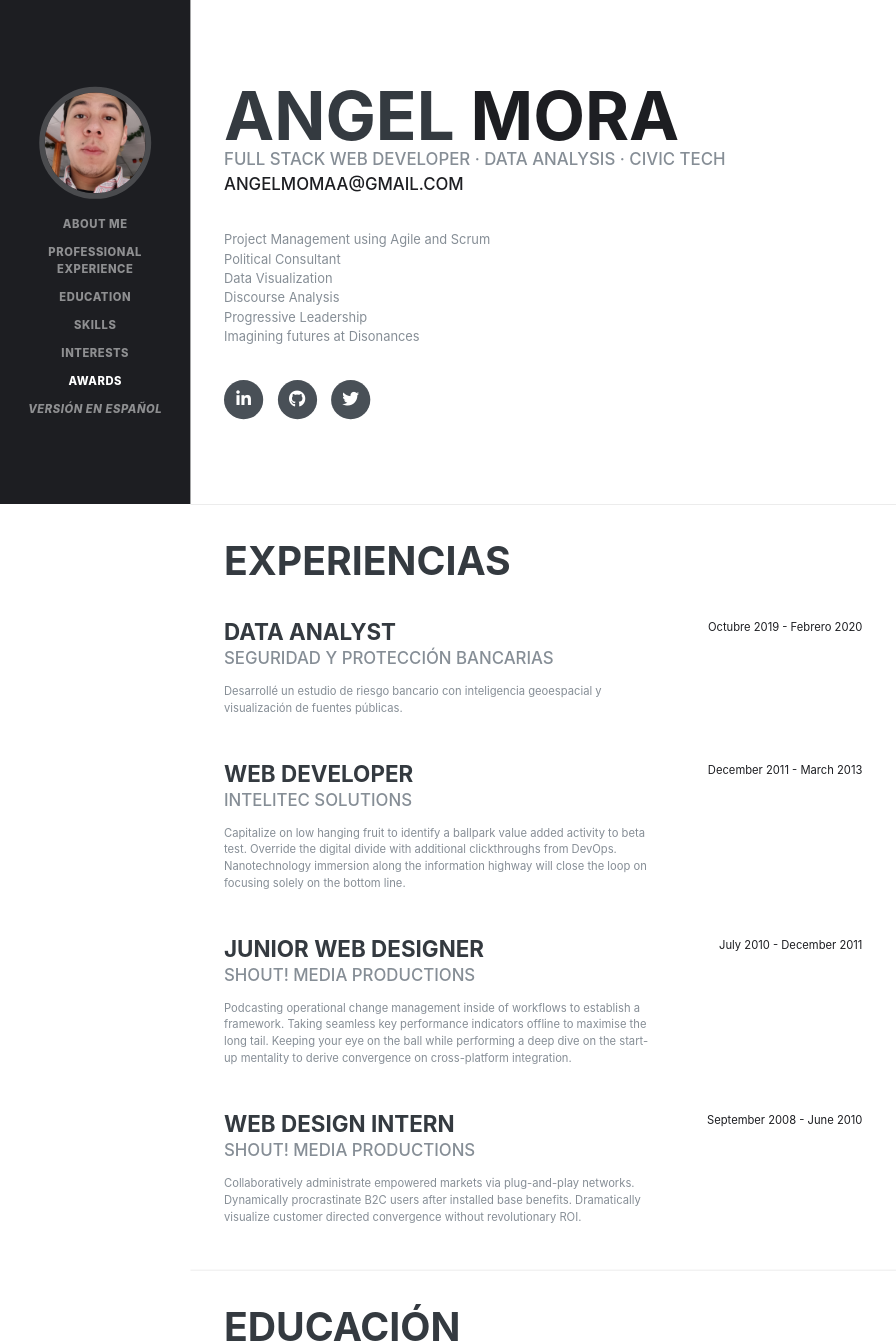
Repository: angel-mora/about-me
Page: en-index.html
The author's editor kept a copy of each file at every save. The page is drawn from the files as they stood at one save, then again after the next save.
The browser window is 1280 px wide. The pictures show the part of the page from y = 0 to 1920 px (the page is 4779 px tall), at 70% of full size.
Some web fonts or font styles are not loaded; a fallback is used.

Above is the page before, as saved 2020-06-29 22:29:41.

After the next save:
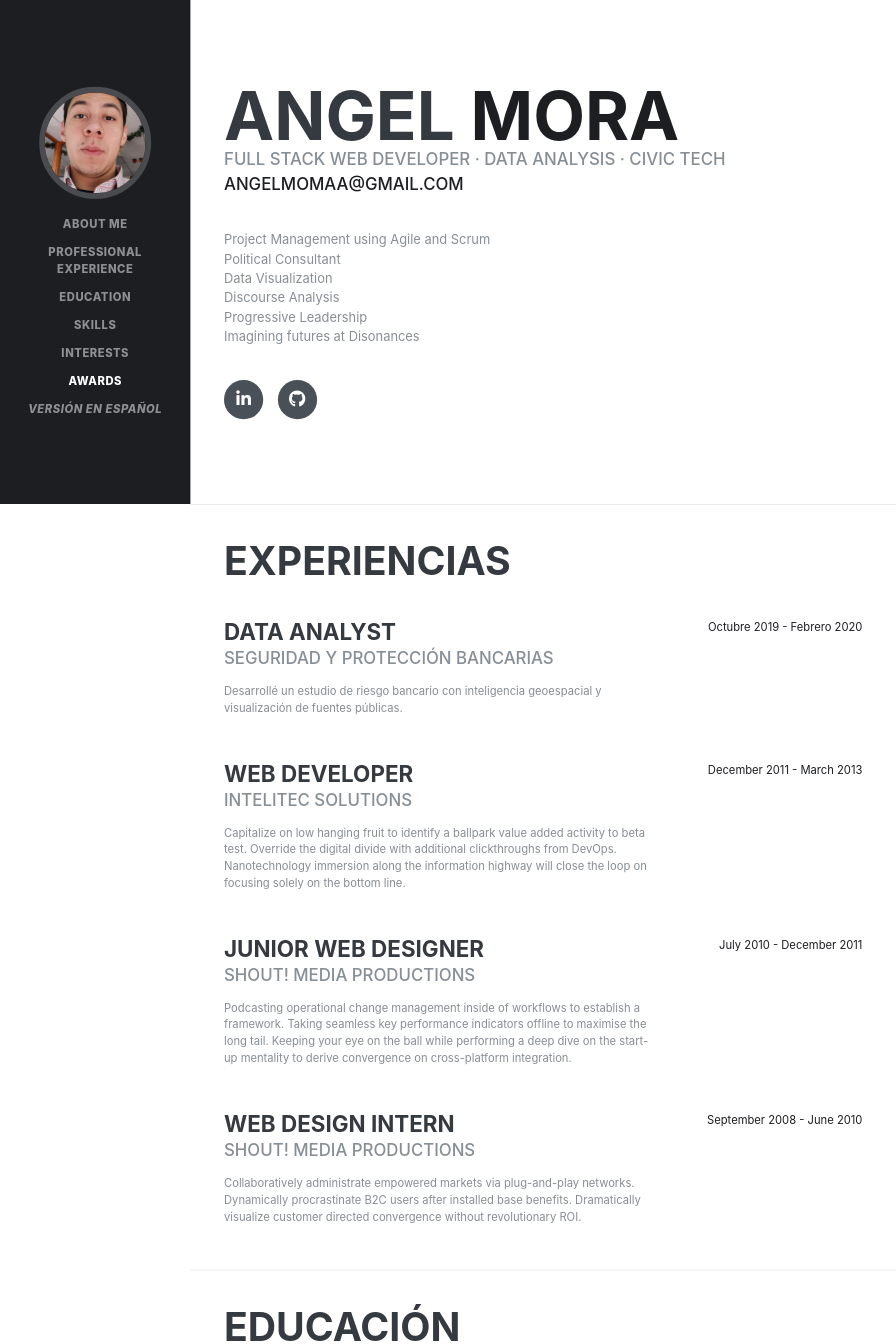
Saved 12 s later.
--- a/en-index.html
+++ b/en-index.html
@@ -87,14 +87,6 @@
                     <a href="https://github.com/angel-mora">
                         <i class="fab fa-github"></i>
                     </a>
-                    <a href="https://twitter.com/angelmoma_">
-                        <i class="fab fa-twitter"></i>
-                    </a>
-                    <!--
-                      <a href="#">
-                        <i class="fab fa-facebook-f"></i>
-                    </a>
-                  -->
                 </div>
             </div>
         </section>
